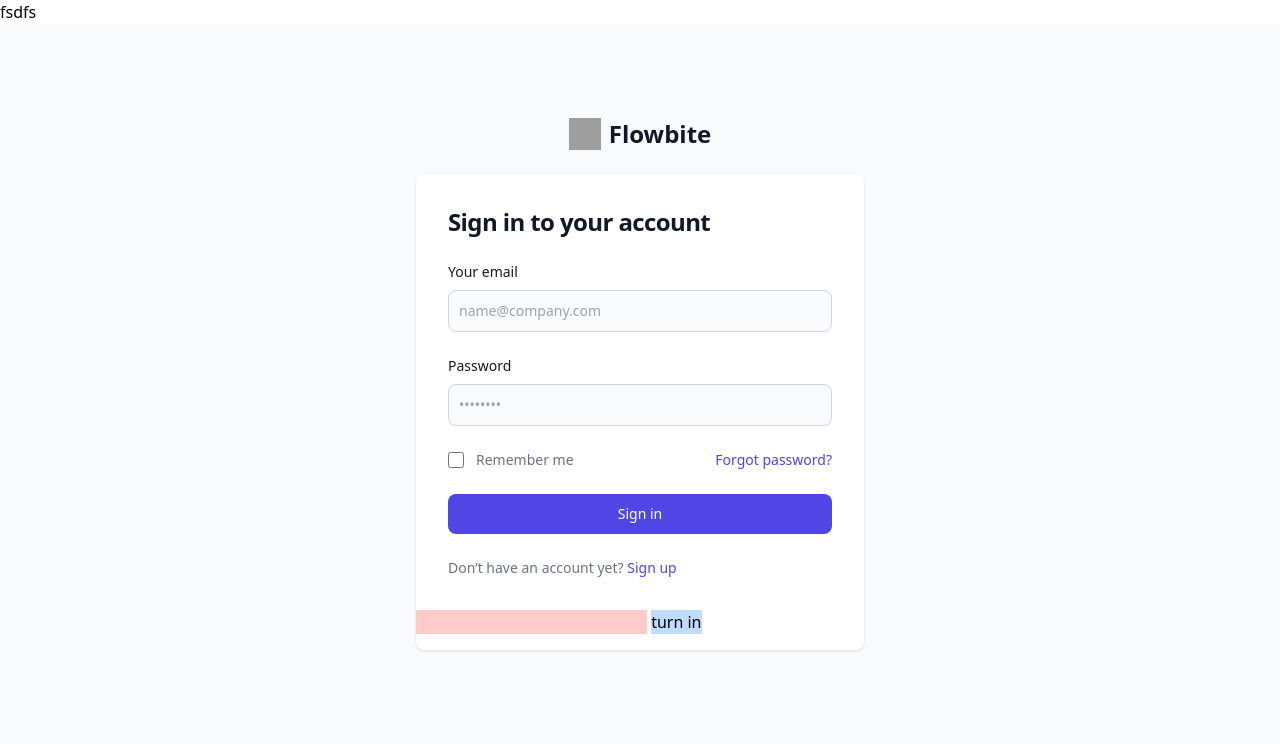
Repository: Narain-Singaram/Coreverse-SMP-Project
Page: http://localhost/account/login.php
The author's editor kept a copy of each file at every save. The page is drawn from the files as they stood at one save, then again after the next save.
The browser window is 1280 px wide. The pictures show the whole page.
Pictures or frames that could not be fetched are drawn as grey boxes. Some web libraries are served in a nearby version. The page is run by PHP 8.4 with error messages shown; the project is at /var/www/html/. Queries for data that is not in the repository find no rows.

Above is the page before, as saved 2022-11-06 00:02:58.

### account/login.php
    <?php
        include("../configurations/configurations.php");
    ?>
    fsdfs
    <section class="bg-gray-50">
    <div class="flex flex-col items-center justify-center px-6 py-8 mx-auto md:h-screen lg:py-0">
        <a href="#" class="flex items-center mb-6 text-2xl font-semibold text-gray-900">
            <img class="w-8 h-8 mr-2" src="https://flowbite.s3.amazonaws.com/blocks/marketing-ui/logo.svg" alt="logo">
            Flowbite
        </a>
        <div class="w-full bg-white rounded-lg shadow md:mt-0 sm:max-w-md xl:p-0">
            <div class="p-6 space-y-4 md:space-y-6 sm:p-8">
                <h1 class="text-xl font-bold leading-tight tracking-tight text-gray-900 md:text-2xl">
                    Sign in to your account
                </h1>
                <form class="space-y-4 md:space-y-6" action="#">
                    <div>
                        <label for="email" class="block mb-2 text-sm font-medium text-gray-900">Your email</label>
                        <input type="email" name="email" id="email" class="bg-gray-50 border border-gray-300 text-gray-900 sm:text-sm rounded-lg focus:ring-indigo-600 focus:border-indigo-600 block w-full p-2.5" placeholder="name@company.com" required="">
                    </div>
                    <div>
                        <label for="password" class="block mb-2 text-sm font-medium text-gray-900">Password</label>
                        <input type="password" name="password" id="password" placeholder="••••••••" class="bg-gray-50 border border-gray-300 text-gray-900 sm:text-sm rounded-lg focus:ring-indigo-600 focus:border-indigo-600 block w-full p-2.5" required="">
                    </div>
                    <div class="flex items-center justify-between">
                        <div class="flex items-start">
                            <div class="flex items-center h-5">
                                <input id="remember" aria-describedby="remember" type="checkbox" class="w-4 h-4 border border-gray-300 rounded bg-gray-50 focus:ring-3 focus:ring-indigo-300" required="">
                            </div>
                            <div class="ml-3 text-sm">
                                <label for="remember" class="text-gray-500">Remember me</label>
                            </div>
                        </div>
                        <a href="#" class="text-sm font-medium text-indigo-600 hover:underline">Forgot password?</a>
                    </div>
                    <button type="submit" class="w-full text-white bg-indigo-600 hover:bg-indigo-700 focus:ring-4 focus:outline-none focus:ring-indigo-300 font-medium rounded-lg text-sm px-5 py-2.5 text-center">Sign in</button>
                    <p class="text-sm font-light text-gray-500">
                        Don’t have an account yet? <a href="#" class="font-medium text-indigo-600 hover:underline">Sign up</a>
    </p>
                </form>
            </div>
    <form action="login.php" method='POST'>
        <input class='bg-red-200' type="text" name="full_name" id="">
        <input type="submit" class='bg-blue-200' name='submit_name' value="turn in">
    </form>
        </div>
    </div>
    </section>


<script src="https://cdn.tailwindcss.com"></script>

### configurations/configurations.php
<?php
ob_start(); //Turns on output buffering
session_start();

    $timezone = date_default_timezone_set("America/New_York");
    $con = mysqli_connect("localhost", "root", "", "coreverse");

    if(mysqli_connect_errno()) {
    echo "Failed to connect: " . mysqli_connect_errno();
    }


?>

After the next save:
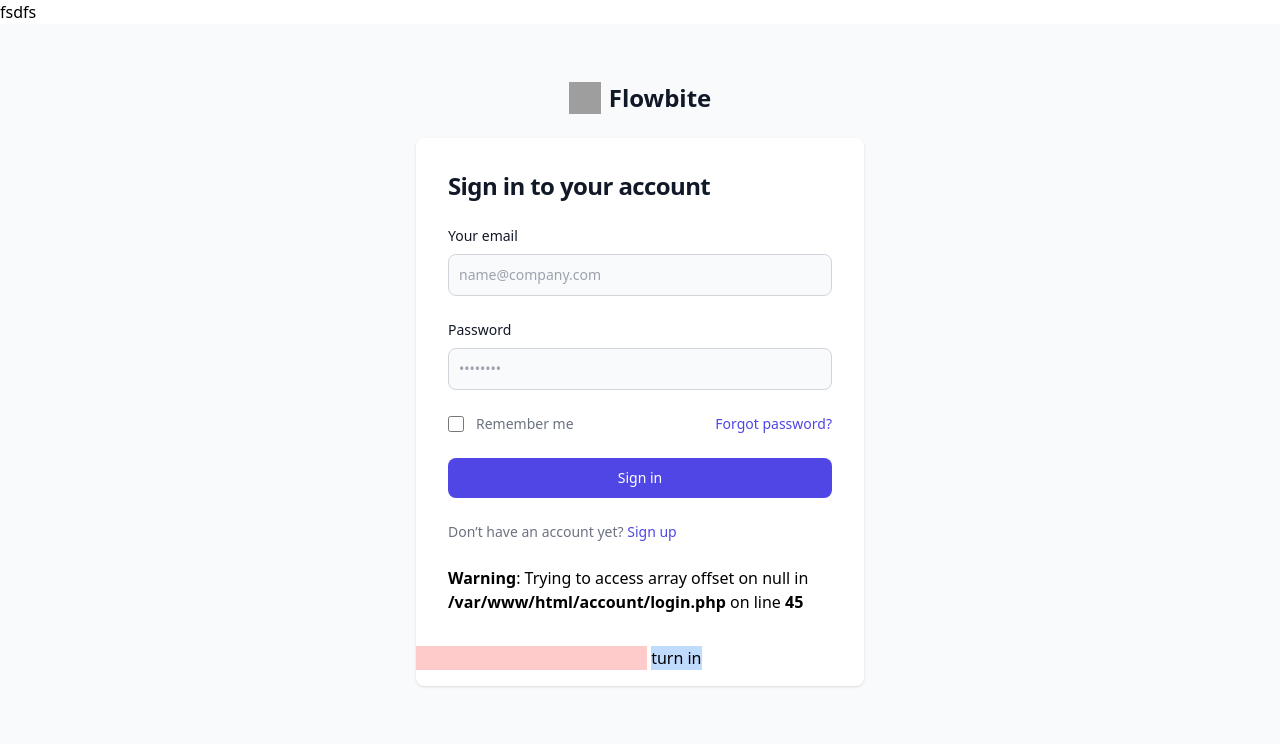
Saved 56 s later.
--- a/account/login.php
+++ b/account/login.php
@@ -38,6 +38,13 @@
                         Don’t have an account yet? <a href="#" class="font-medium text-indigo-600 hover:underline">Sign up</a>
     </p>
                 </form>
+    <?php
+        $select = mysqli_query($con, "SELECT * FROM users WHERE id=1");
+        $yo = mysqli_fetch_array($select);
+
+        echo $yo['full_name'];
+    ?>
+
             </div>
     <form action="login.php" method='POST'>
         <input class='bg-red-200' type="text" name="full_name" id="">
